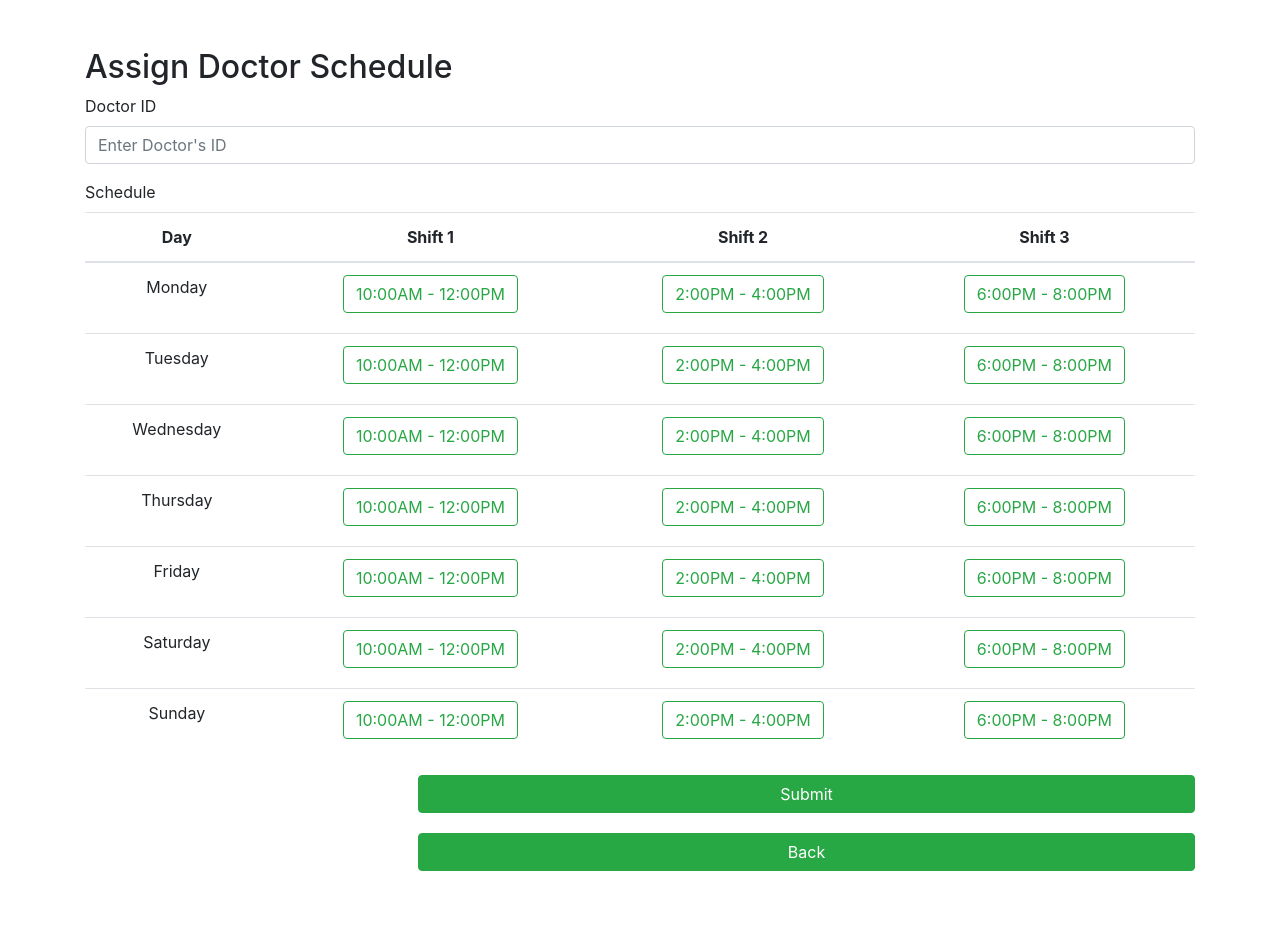
Repository: theonlymono/FitfinityHealthcareWebsiteJ2EE
Page: http://localhost/Fitfinity/DrSchedule.jsp
These files come from the project's save history. The page is drawn as it stood at one moment and after the next save; the edit follows.
The browser window is 1280 px wide. The pictures show the whole page.
Some web libraries are served in a nearby version. The page is served by Tomcat 9.

Above is the page before, as saved 2024-02-27 18:26:58.

After the next save:
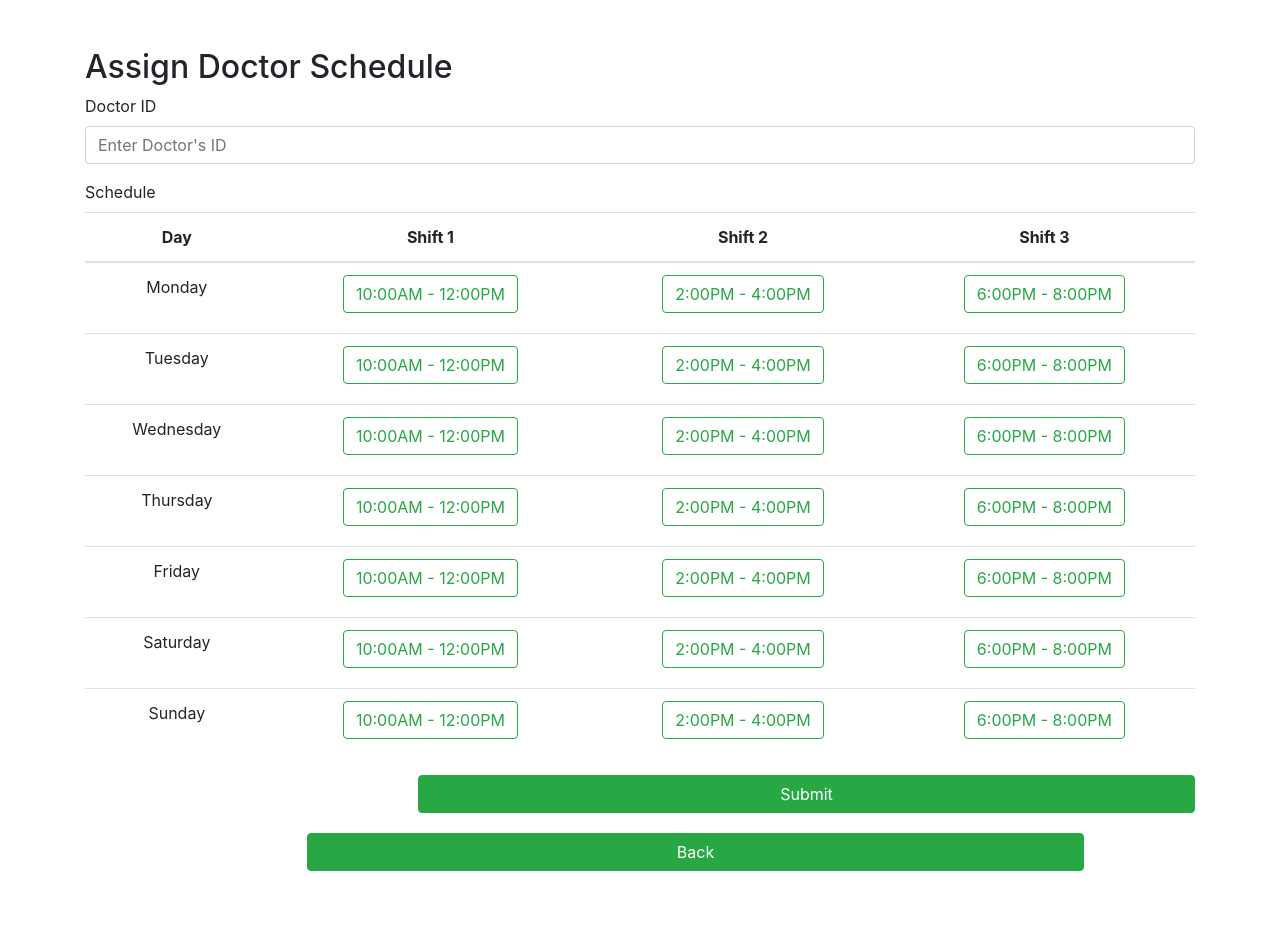
Saved 5 s later.
--- a/fitfinity/Fitfinity/WebContent/DrSchedule.jsp
+++ b/fitfinity/Fitfinity/WebContent/DrSchedule.jsp
@@ -180,7 +180,7 @@
       </div>
       <button style="margin-left: 30%; width: 70%; " type="submit" class="btn btn-success">Submit</button>
     </form>
-    <button style="margin-top: 20px; margin-left: 30%; width: 70%; " type="submit" class="btn btn-success">Back</button>
+    <button style="margin-top: 20px; margin-left: 20%; width: 70%; " type="submit" class="btn btn-success">Back</button>
     <br>
     <br>
     <br>
